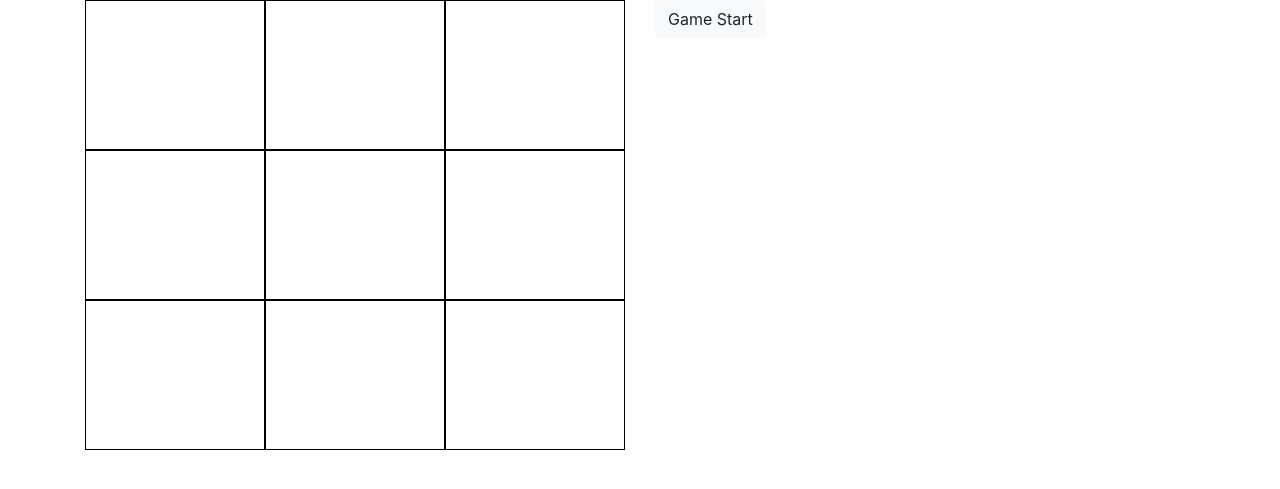
Repository: tts2610/Tic-Tac_Toe
Page: /
The author's editor kept a copy of each file at every save. The page is drawn from the files as they stood at one save, then again after the next save.
The browser window is 1280 px wide. The pictures show the whole page.
The project was rebuilt for these pictures with package versions that can differ from the ones it lists, and the page was loaded fresh each time.

Above is the page before, as saved 2020-06-02 14:05:20.

After the next save:
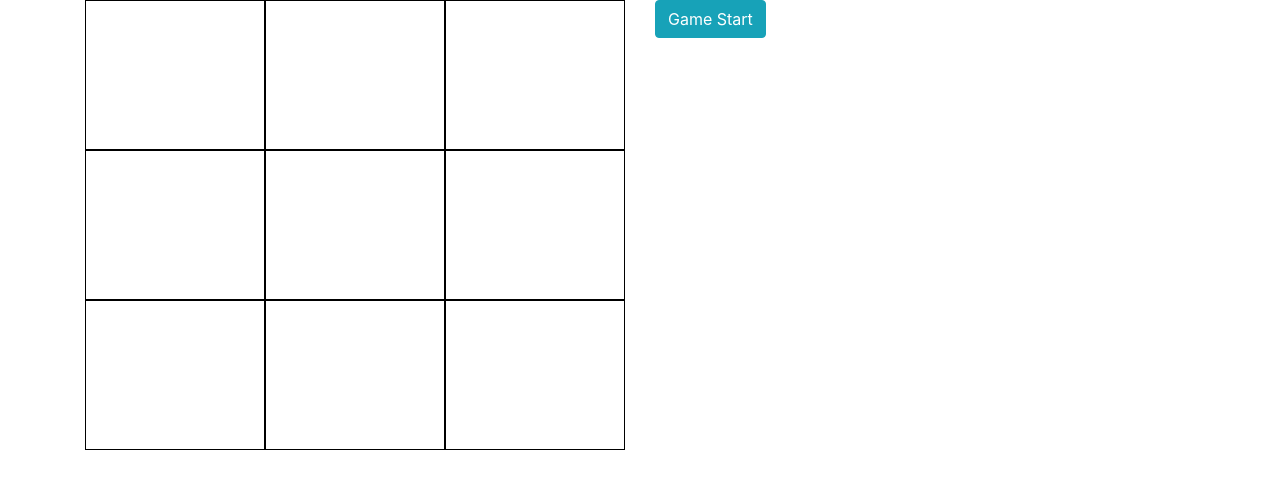
Saved 24 s later.
--- a/src/components/HistoryBoard.js
+++ b/src/components/HistoryBoard.js
@@ -7,7 +7,7 @@ export default function HistoryBoard({ history }) {
       {keys.map((element, index) => {
         if (index === 0)
           return (
-            <button type="button" className="btn btn-light">
+            <button type="button" className="btn btn-info">
               Game Start
             </button>
           );
